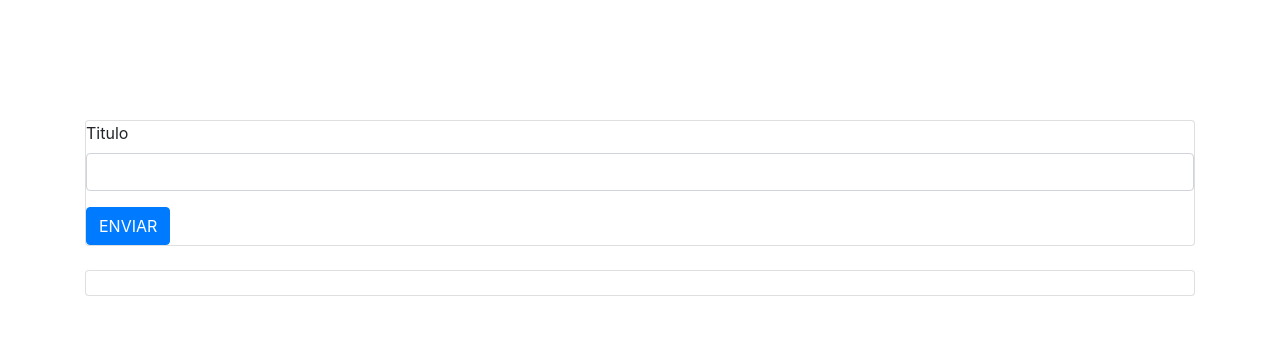
Repository: wolwerr/VueJs-Ninja
Page: Aula-15.html
An editor plug-in stored every save of this project. The page is shown before and after the next save, followed by the edit.
The browser window is 1280 px wide. The pictures show the whole page.

Above is the page before, as saved 2021-10-25 23:57:39.

After the next save:
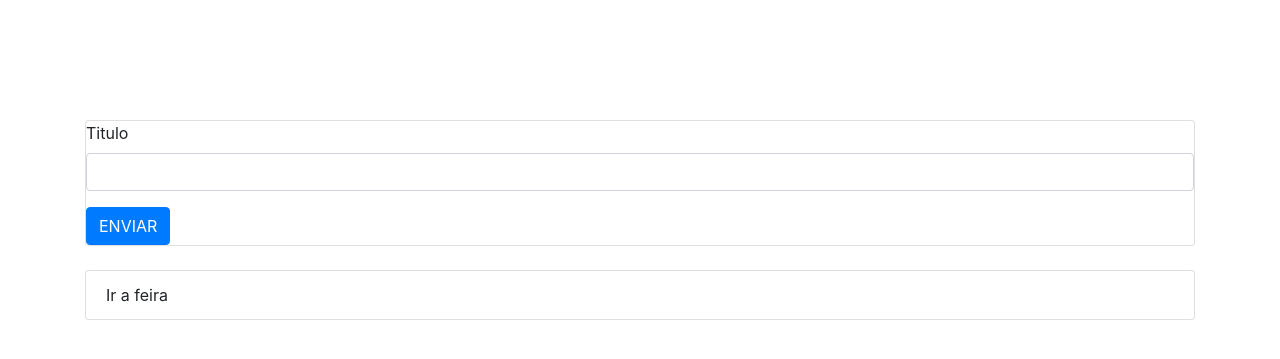
Saved 20 s later.
--- a/Aula-15.html
+++ b/Aula-15.html
@@ -38,7 +38,7 @@
         <template id="list">
         <ul class="list-group">
             <li v-for="item in list"
-                class="list-group-item">{{ item.name }}</li>
+                class="list-group-item">{{ item.title }}</li>
 
         </ul>
 
